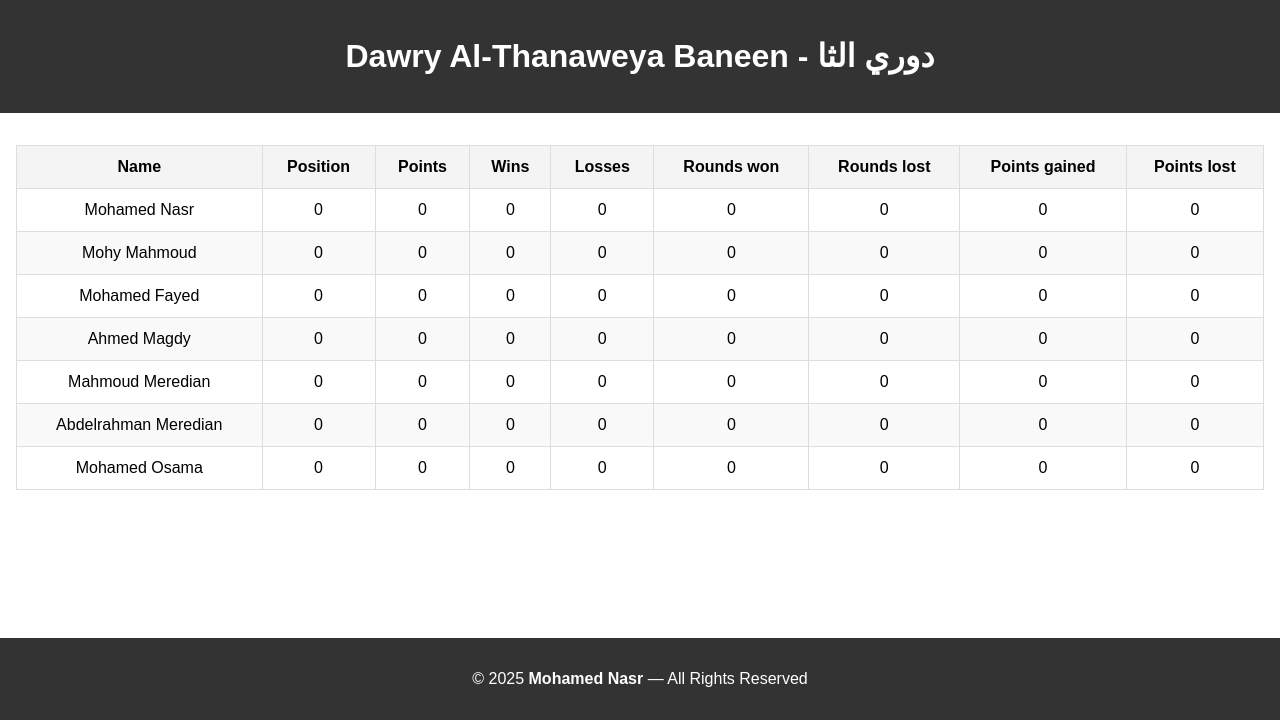
Repository: MohamedNasr95/Dawry-Al-Thanaweya-Baneen
Page: Index.html
The author's editor kept a copy of each file at every save. The page is drawn from the files as they stood at one save, then again after the next save.
The browser window is 1280 px wide. The pictures show the whole page.

Above is the page before, as saved 2025-09-07 23:50:05.

### Index.html
<!DOCTYPE html>
<html lang="en">
<head>
  <meta charset="UTF-8" />
  <meta name="viewport" content="width=device-width, initial-scale=1.0" />
  <title>Dawry Al-Thanaweya Baneen</title>
  <link rel="stylesheet" href="style.css">
</head>
<body>
  <header>
    <h1>Dawry Al-Thanaweya Baneen - دوري الثا</h1>
  </header>
  <main>
    <table>
      <thead>
        <tr>
          <th>Name</th>
          <th>Position</th>
          <th>Points</th>
          <th>Wins</th>
          <th>Losses</th>
          <th>Rounds won</th>
          <th>Rounds lost</th>
          <th>Points gained</th>
          <th>Points lost</th>
        </tr>
      </thead>
      <tbody id="tbody">

         <!-- Add more rows here -->

      </tbody>
    </table>
  </main>
  <footer>
    <p>&copy; 2025 <strong>Mohamed Nasr</strong> — All Rights Reserved</p>
  </footer>

  <script src="script.js"></script>
</body>
</html>

### style.css
body {
    font-family: Arial, sans-serif;
    margin: 0;
    padding: 0;
    display: flex;
    min-height: 100vh;
    flex-direction: column;
}
header, footer {
    background-color: #333;
    color: #fff;
    padding: 1rem;
    text-align: center;
}
main {
    flex: 1;
    padding: 1rem;
}
table {
    width: 100%;
    border-collapse: collapse;
    margin: 1rem 0;
}
th, td {
    border: 1px solid #ddd;
    padding: 0.75rem;
    text-align: center;
}
th {
    background-color: #f4f4f4;
}
tr:nth-child(even) {
    background-color: #f9f9f9;
}
tr:hover {
    background-color: #e0e0e0;
}

### script.js
table = document.getElementById("tbody")
// console.log(table)
// name = "Mustafa";
players = [{ID: 1, name: "Mohamed Nasr", position: 0, points: 0, win: 0, loss: 0, rWin: 0, rLost: 0, pGained: 0, pLost:0},
    {ID: 2, name: "Mohy Mahmoud", position: 0, points: 0, win: 0, loss: 0, rWin: 0, rLost: 0, pGained: 0, pLost:0},
    {ID: 3, name: "Mohamed Fayed", position: 0, points: 0, win: 0, loss: 0, rWin: 0, rLost: 0, pGained: 0, pLost:0},
    {ID: 4, name: "Ahmed Magdy", position: 0, points: 0, win: 0, loss: 0, rWin: 0, rLost: 0, pGained: 0, pLost:0},
    {ID: 5, name: "Mahmoud Meredian", position: 0, points: 0, win: 0, loss: 0, rWin: 0, rLost: 0, pGained: 0, pLost:0},
    {ID: 6, name: "Abdelrahman Meredian", position: 0, points: 0, win: 0, loss: 0, rWin: 0, rLost: 0, pGained: 0, pLost:0},
    {ID: 7, name: "Mohamed Osama", position: 0, points: 0, win: 0, loss: 0, rWin: 0, rLost: 0, pGained: 0, pLost:0},
]

for( tVar = 0 ; tVar < players.length ; tVar++ )
{
    table.innerHTML +=
    `
        <tr>
            <td>${players[tVar].name}</td>
            <td>${players[tVar].position}</td>
            <td>${players[tVar].points}</td>
            <td>${players[tVar].win}</td>
            <td>${players[tVar].loss}</td>
            <td>${players[tVar].rWin}</td>
            <td>${players[tVar].rLost}</td>
            <td>${players[tVar].pGained}</td>
            <td>${players[tVar].pLost}</td>
        </tr>
    `
}

After the next save:
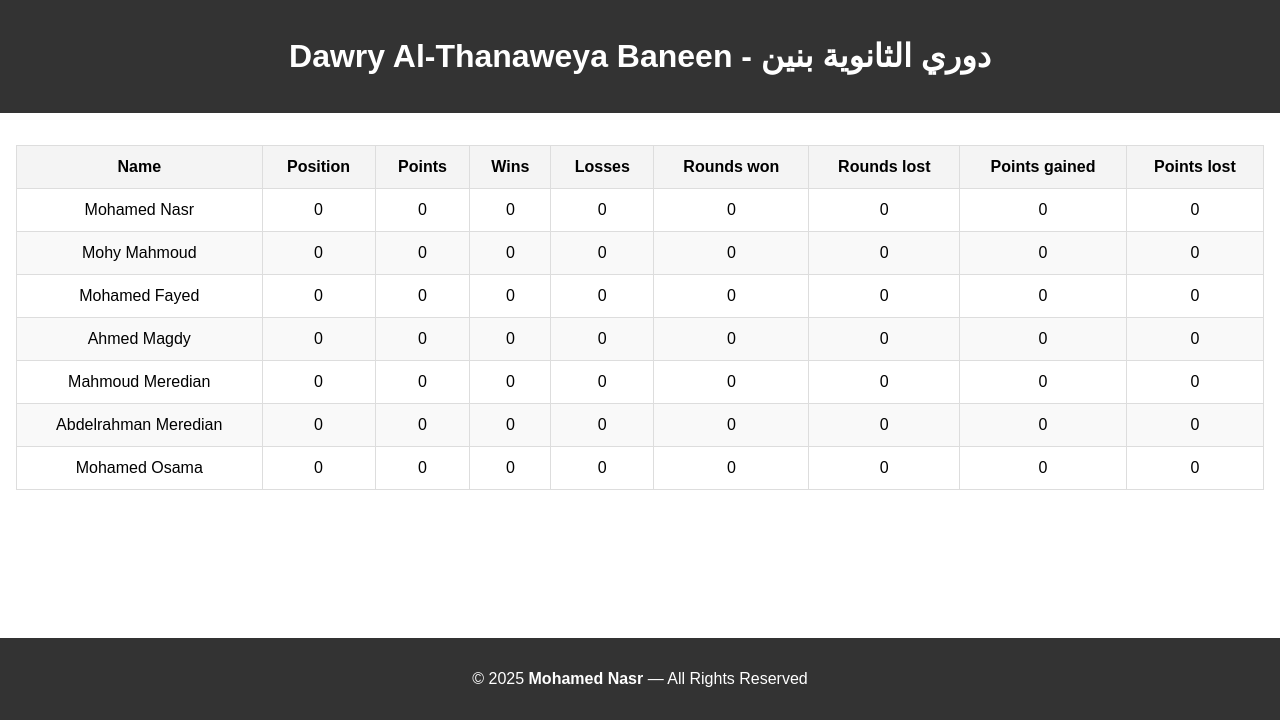
Saved 6 s later.
--- a/Index.html
+++ b/Index.html
@@ -8,7 +8,7 @@
 </head>
 <body>
   <header>
-    <h1>Dawry Al-Thanaweya Baneen - دوري الثا</h1>
+    <h1>Dawry Al-Thanaweya Baneen - دوري الثانوية بنين</h1>
   </header>
   <main>
     <table>
